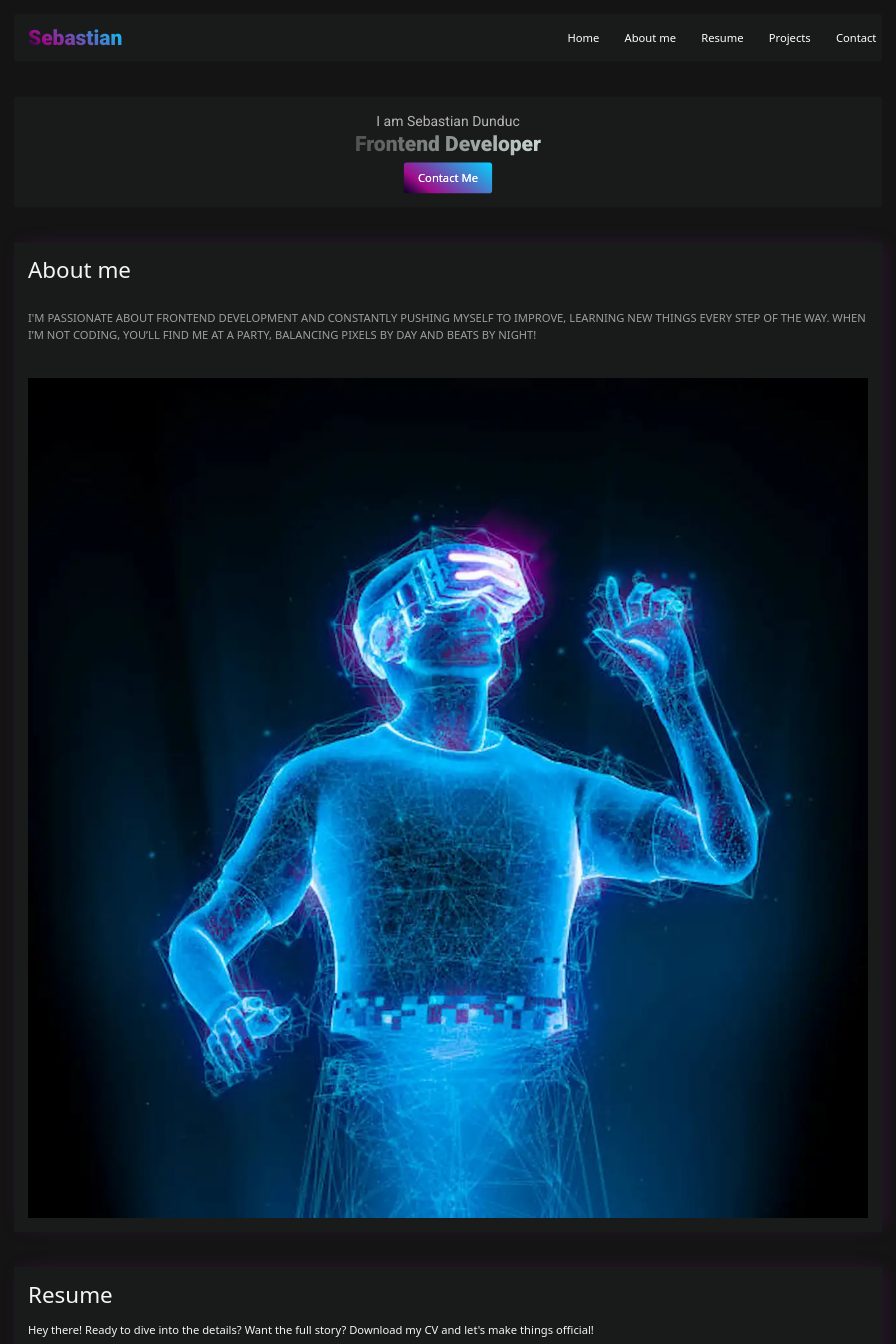
Repository: Sebastiand22/portfolio
Page: index.html
The author's editor kept a copy of each file at every save. The page is drawn from the files as they stood at one save, then again after the next save.
The browser window is 1280 px wide. The pictures show the part of the page from y = 0 to 1920 px (the page is 3710 px tall), at 70% of full size.
Pictures or frames that could not be fetched are drawn as grey boxes.

Above is the page before, as saved 2024-09-15 01:10:24.

After the next save:
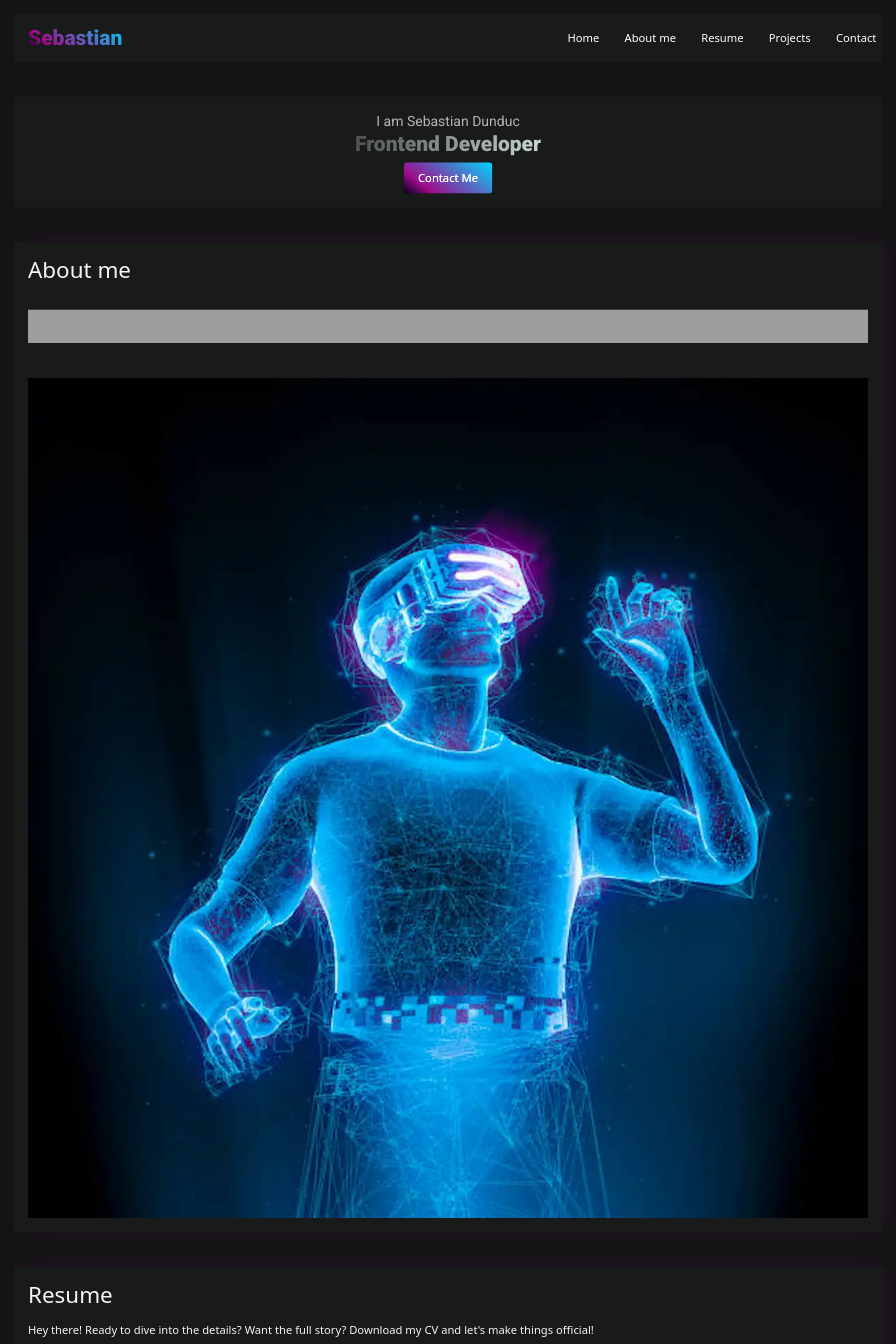
Saved 44 s later.
--- a/index.css
+++ b/index.css
@@ -220,8 +220,6 @@
   background-image: url(https://media1.giphy.com/media/v1.Y2lkPTc5MGI3NjExc2Z3Ymp4NWdmbnRwZmdrdzZ4anRvaDQ3NXBjdzNlc25xc3M3aWdtMyZlcD12MV9pbnRlcm5hbF9naWZfYnlfaWQmY3Q9Zw/xGrjBxxEBvWTBtkAk4/giphy.webp);
   background-size: cover;
   color: transparent;
-  -moz-background-clip: text;
-  -webkit-background-clip: text;
   text-transform: uppercase;
   margin: 10px 0;
 }

After the save that followed:
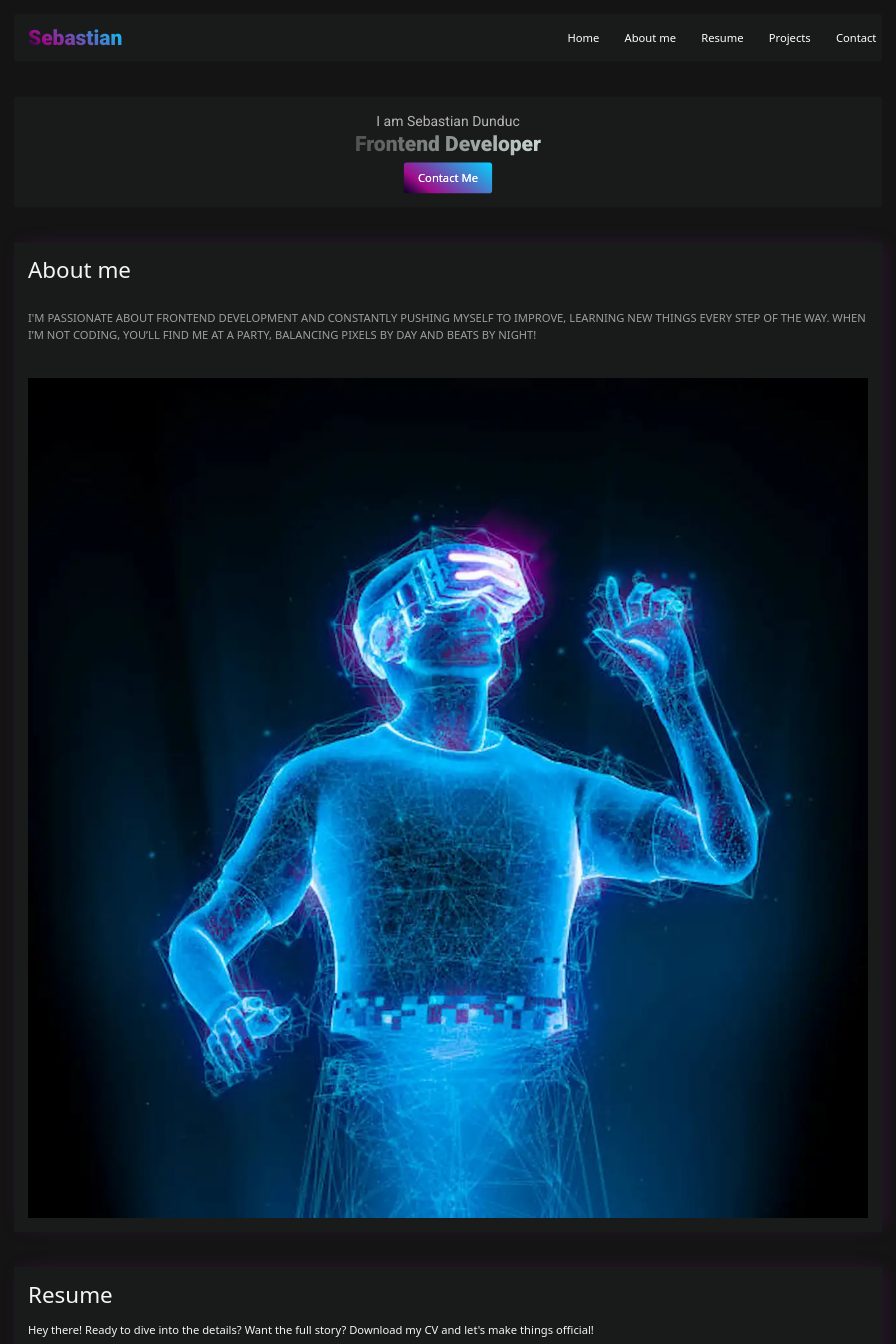
Saved 6 s later.
--- a/index.css
+++ b/index.css
@@ -220,6 +220,8 @@
   background-image: url(https://media1.giphy.com/media/v1.Y2lkPTc5MGI3NjExc2Z3Ymp4NWdmbnRwZmdrdzZ4anRvaDQ3NXBjdzNlc25xc3M3aWdtMyZlcD12MV9pbnRlcm5hbF9naWZfYnlfaWQmY3Q9Zw/xGrjBxxEBvWTBtkAk4/giphy.webp);
   background-size: cover;
   color: transparent;
+  -moz-background-clip: text;
+  -webkit-background-clip: text;
   text-transform: uppercase;
   margin: 10px 0;
 }
